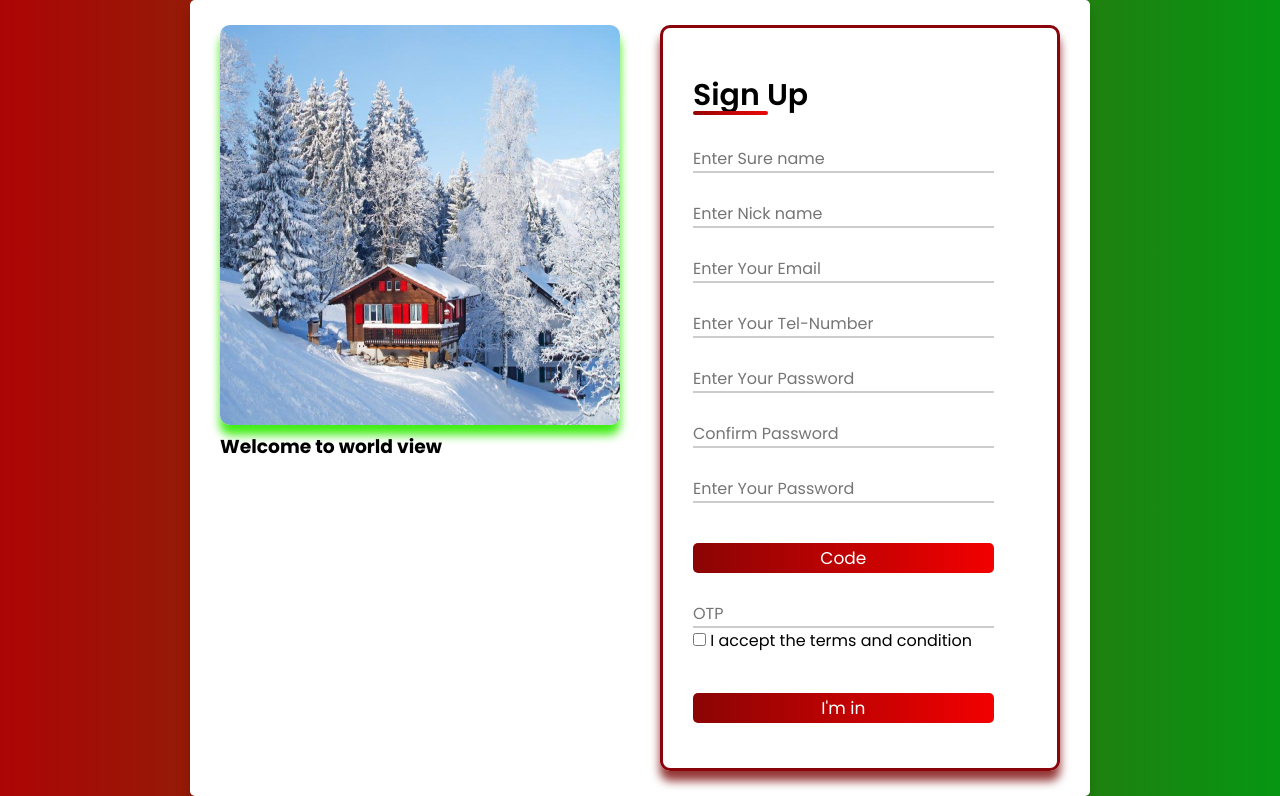
Repository: dev-ashik/Halloween
Page: Reg Page/Index.html
An editor plug-in stored every save of this project. The page is shown before and after the next save, followed by the edit.
The browser window is 1280 px wide. The pictures show the whole page.

Above is the page before, as saved 2021-12-21 22:33:17.

### Reg Page/Index.html
<!DOCTYPE html>
<html lang="en">

<head>
    <meta charset="UTF-8">
    <meta http-equiv="X-UA-Compatible" content="IE=edge">
    <meta name="viewport" content="width=device-width, initial-scale=1.0">
    <title>Regristration page</title>
    <link rel="stylesheet" href="CSS/main.css">
</head>

<body>
    <div class="con">
        <div class="bann">
            <img src="IMG/banner.jpg" alt=""><br/>
            <h3>Welcome to world view</h3>
        </div>
        <div class="form">
            <form action="#">
                <div class="title">Sign Up</div>
                <div class="box">
                    <input type="text" placeholder="Enter Sure name" id="fn" required>
                    <div class="underline"></div>
                </div>
                <div class="box"> <input type="text" placeholder="Enter Nick name" id="ln" required>
                    <div class="underline"></div>
                </div>
                <div class="box underline">
                    <input type="text" placeholder="Enter Your Email" id="mail" required>
                    <div class="underline"></div>
                    <!--Email Field with velidation-->
                </div>
                <div class="box underline">
                    <input type="text" placeholder="Enter Your Tel-Number" id="number" required>
                    <div class="underline"></div>
                </div>
                <div class="box">
                    <input type="password" placeholder="Enter Your Password" id="pwd" required>
                    <div class="underline"></div>
                    <!--Password Field with velidation-->
                </div>
                <div class="box">
                    <input type="password" placeholder="Confirm Password" id="pwd" required>
                    <div class="underline"></div>
                </div>
                <div class="box">
                    <input type="password" placeholder="Enter Your Password" id="pwd" required>
                    <div class="underline"></div>
                </div>
                <div class="box button">
                    <button onclick="vercod()" id="vc">Code</button>
                    <!--Code form-->
                </div>
                <div class="box">
                    <input type="text" placeholder="OTP" id="otp" required>
                    <div class="underline"></div>
                    <!--Security Code with velidation-->
                </div>
                <div class="Agreement">
                    <input type="checkbox" id="cb" value="Agree">
                    <label for="Agree">I accept the terms and condition</label>
                    <!--Agreement box-->
                </div>
                <div class="box button">
                    <button onclick="sub()">I'm in</button>
                </div>
            </form>
        </div>
    </div>
</body>
<script src="JS/main.js"></script>

</html>

### Reg Page/CSS/main.css
@import url('https://fonts.googleapis.com/css2?family=Poppins:wght@200;300;400;500;600;700&display=swap');
@import url('https://fonts.googleapis.com/css2?family=Poppins:wght@200;300;400;500;600;700&display=swap');
* {
    margin: 0;
    padding: 0;
    box-sizing: border-box;
    font-family: 'Poppins', sans-serif;
}

html,
body {
    display: grid;
    height: 100vh;
    width: 100%;
    place-items: center;
    background: linear-gradient(to right, #ad0505 0%, #069612 100%);
}

 ::selection {
    background: #ff80bf;
}

.con {
    background: #fff;
    max-width: 900px;
    width: 100%;
    padding: 25px 30px;
    border-radius: 5px;
    box-shadow: 0 10px 10px rgba(0, 0, 0, 0.15);
}

.con .bann {
    float: left;
    width: 400px;
}

.con .bann img {
    width: 100%;
    height: 400px;
    border-radius: 10px;
    box-shadow: 0 10px 10px #40ee14;
}

.con .form {
    float: right;
    border: 3px solid rgb(138, 5, 11);
    border-radius: 10px;
    padding: 25px 30px;
    max-width: 400px;
    width: 100%;
    box-shadow: 0 10px 10px rgba(121, 4, 4, 0.795);
}

.con .form form .title {
    font-size: 30px;
    font-weight: 600;
    margin: 20px 0 10px 0;
    position: relative;
}

.con .form form .title:before {
    content: '';
    position: absolute;
    height: 4px;
    width: 75px;
    left: 0px;
    bottom: 3px;
    border-radius: 5px;
    background: linear-gradient(to right, #960404 0%, #eb0909 100%);
}

.con .form form .box {
    width: 90%;
    height: 30px;
    margin-top: 25px;
    position: relative;
}

.con .form form .box input {
    width: 100%;
    height: 100%;
    outline: none;
    font-size: 16px;
    border: none;
}

.con .form form .underline::before {
    content: '';
    position: absolute;
    height: 2px;
    width: 100%;
    background: #ccc;
    left: 0;
    bottom: 0;
}

.con .form form .underline::after {
    content: '';
    position: absolute;
    height: 2px;
    width: 100%;
    background: linear-gradient(to right, rgb(136, 2, 2) 0%, #f10404 100%);
    left: 0;
    bottom: 0;
    transform: scaleX(0);
    transform-origin: left;
    transition: all 0.3s ease;
}

.con .form form .box input:focus~.underline::after,
.con .form form .box input:valid~.underline::after {
    transform: scaleX(1);
    transform-origin: left;
}

.con .form form .button {
    margin: 40px 0 20px 0;
}

.con .form .box button {
    width: 100%;
    height: 100%;
    outline: none;
    font-size: 16px;
    border: none;
    background: linear-gradient(to right, #8b0404 0%, #f30000 100%);
    font-size: 17px;
    color: #fff;
    border-radius: 5px;
    cursor: pointer;
    transition: all 0.3s ease;
}

.con .form .box button:hover {
    letter-spacing: 1px;
    background: linear-gradient(to left, #8a0404 0%, #fc0707 100%);
}

footer {
    text-align: center;
    font-size: 30px;
    color: greenyellow;
}

footer:hover {
    color: greenyellow;
    text-shadow: 1px 1px 2px black, 0 0 25px rgb(11, 247, 3), 0 0 5px rgb(10, 255, 1);
}

Loaded but not shown: Reg Page/JS/main.js (no stored copy; drawn as an empty file)

After the next save:
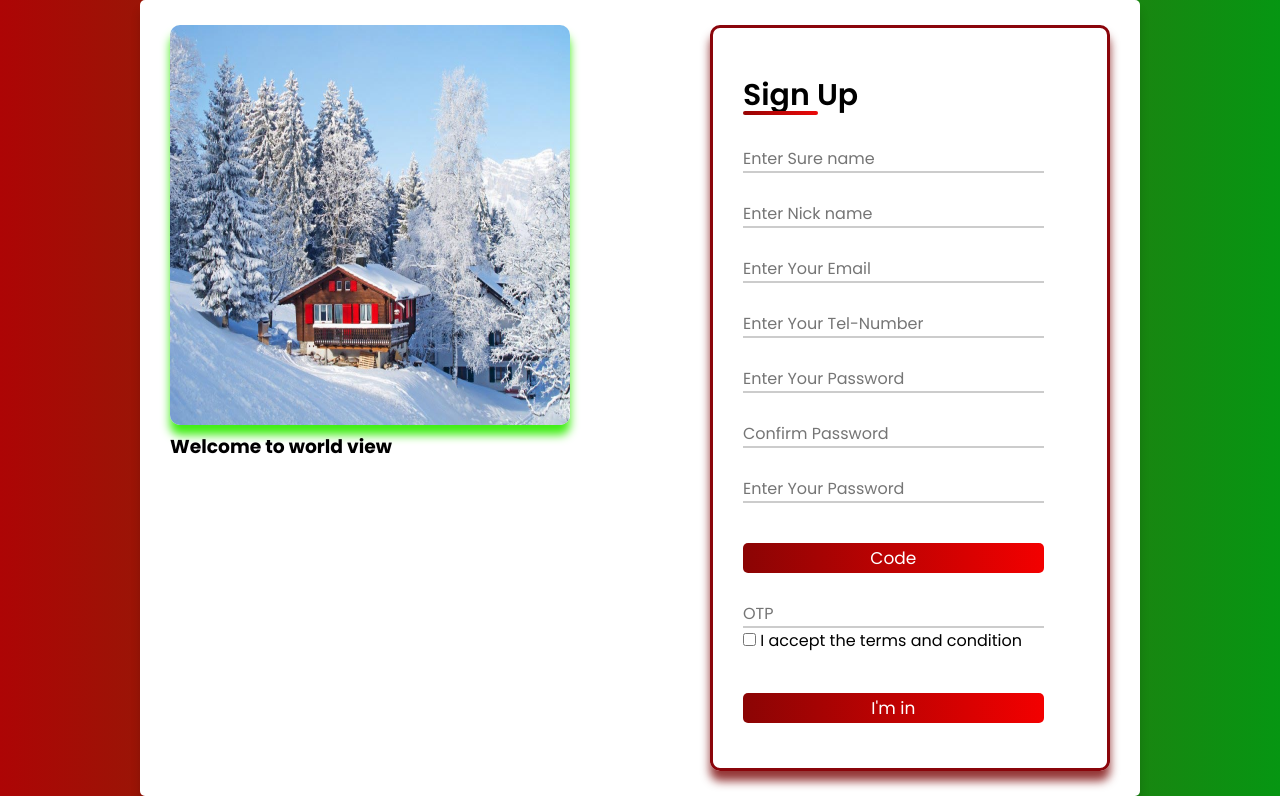
Saved 26 s later.
--- a/Reg Page/CSS/main.css
+++ b/Reg Page/CSS/main.css
@@ -22,7 +22,7 @@ body {
 
 .con {
     background: #fff;
-    max-width: 900px;
+    max-width: 1000px;
     width: 100%;
     padding: 25px 30px;
     border-radius: 5px;
